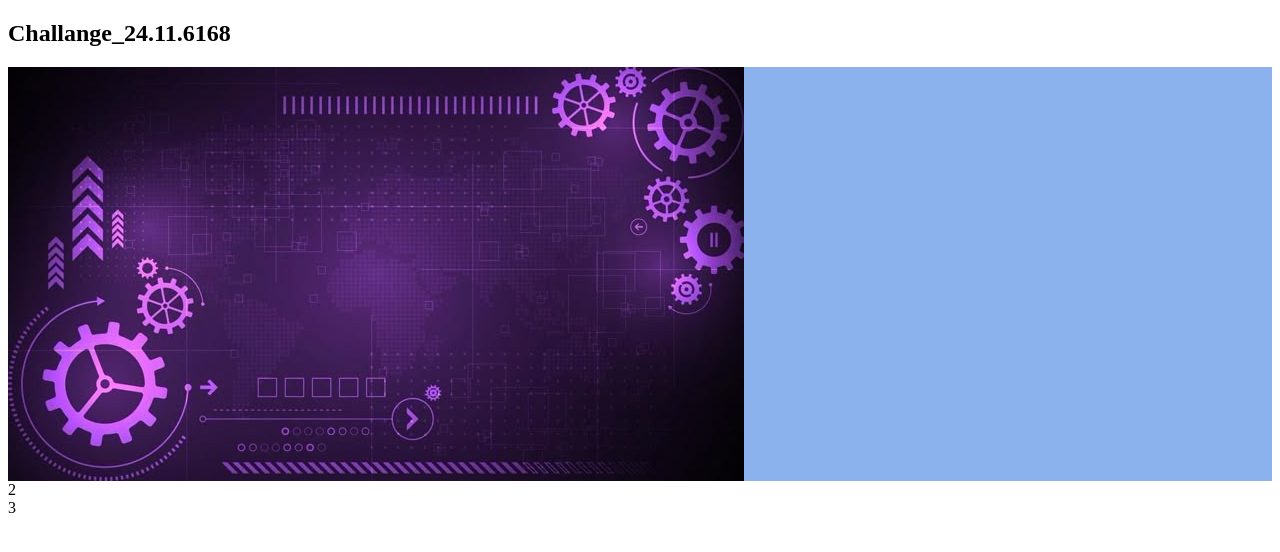
Repository: Ms-Ulfiyahrustam/p5_pemogramanweb
Page: index.html
The author's editor kept a copy of each file at every save. The page is drawn from the files as they stood at one save, then again after the next save.
The browser window is 1280 px wide. The pictures show the whole page.

Above is the page before, as saved 2026-04-27 09:08:36.

### index.html
<!DOCTYPE html>
<html lang="en">
<head>
    <meta charset="UTF-8">
    <meta name="viewport" content="width=device-width, initial-scale=1.0">
    <link rel="stylesheet" href="style.css">
    <title>Document</title>
</head>
<body class="">
    <h2>Challange_24.11.6168</h2>
    <div class="flex-container">
        <img src="download.jpg" alt="">
    </div>
    <div>2</div>
    <div>3</div>
</body>
</html>

### style.css


.flex-container > div {
    background-color : white;
    margin: 10px;
    padding: 20px;
    font-size: 30;
}


.flex-container{
    display: flex;
    background-color: rgb(139, 178, 236);
    margin: auto;
}

After the next save:
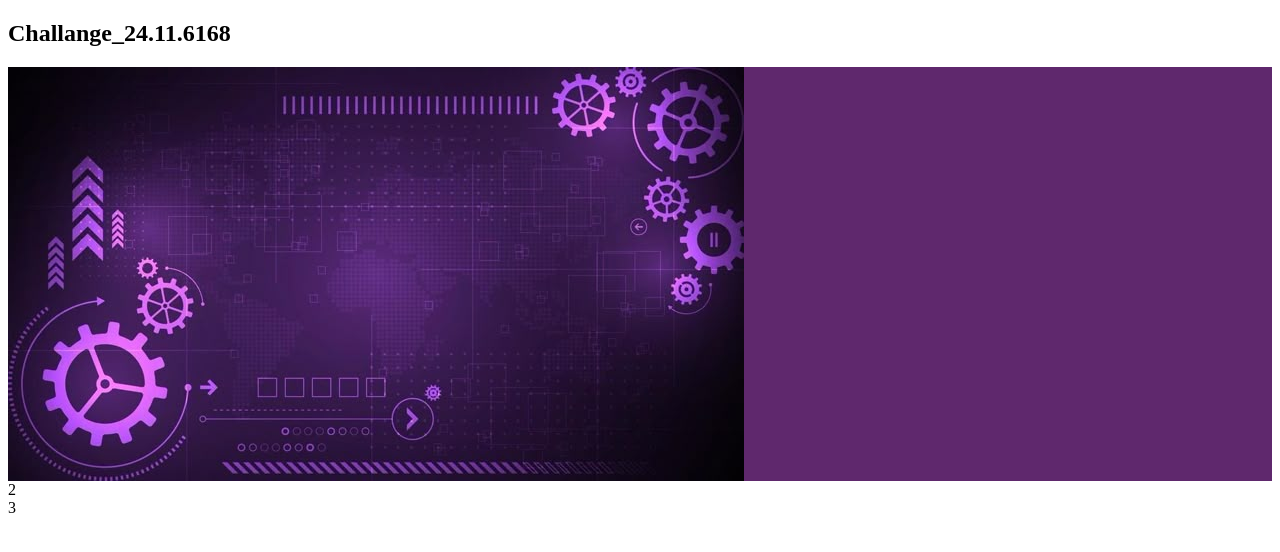
Saved 33 s later.
--- a/style.css
+++ b/style.css
@@ -10,6 +10,6 @@
 
 .flex-container{
     display: flex;
-    background-color: rgb(139, 178, 236);
+    background-color: rgb(95, 40, 109);
     margin: auto;
 }
